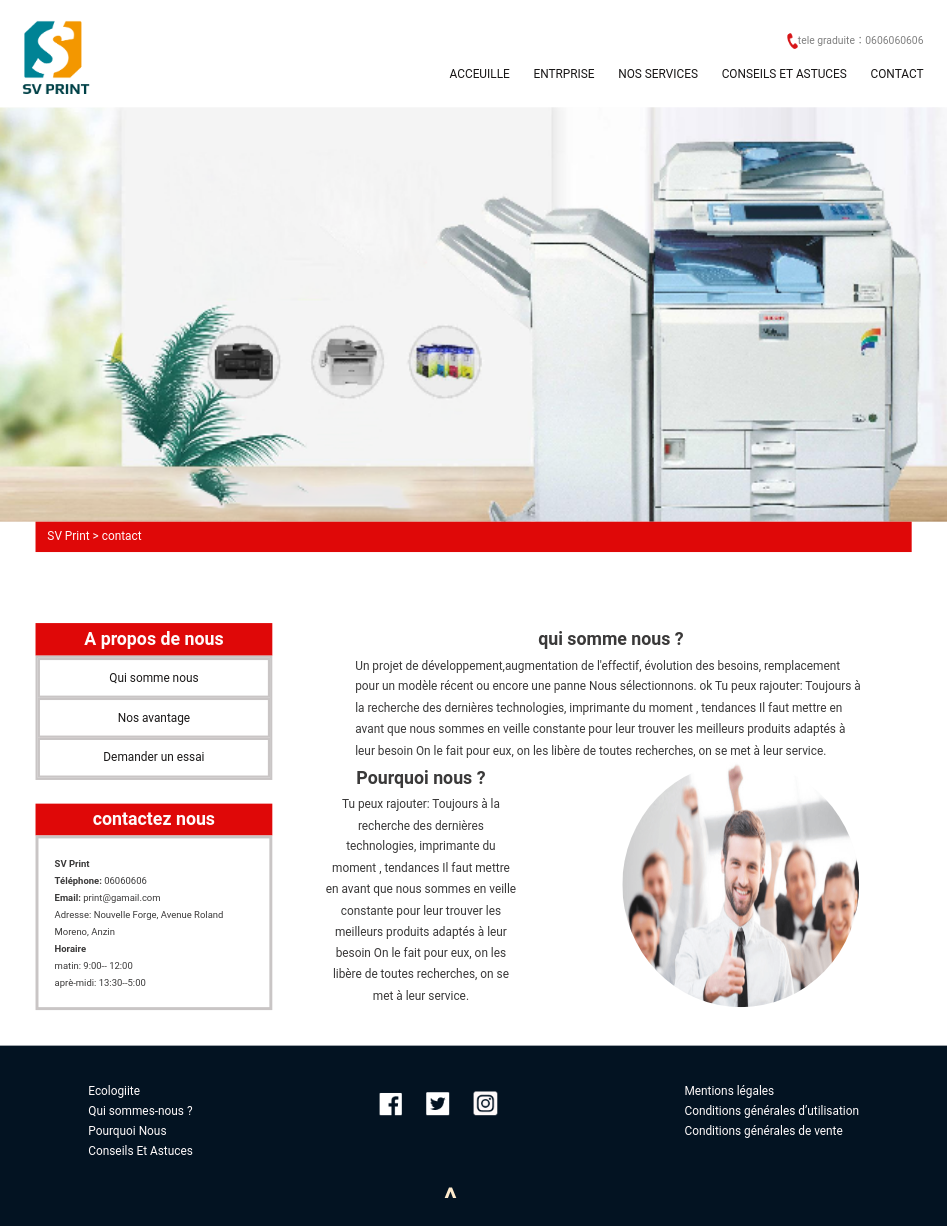
Repository: clairedupuich/sv_print
Page: index.html
An editor plug-in stored every save of this project. The page is shown before and after a run of saves, followed by the edit.
The browser window is 1280 px wide. The pictures show the whole page, at 74% of full size.

Above is the page before, as saved 2020-12-04 00:56:55.
Console error: TypeError: Cannot read properties of null (reading 'appendChild')

After the next 4 saves:
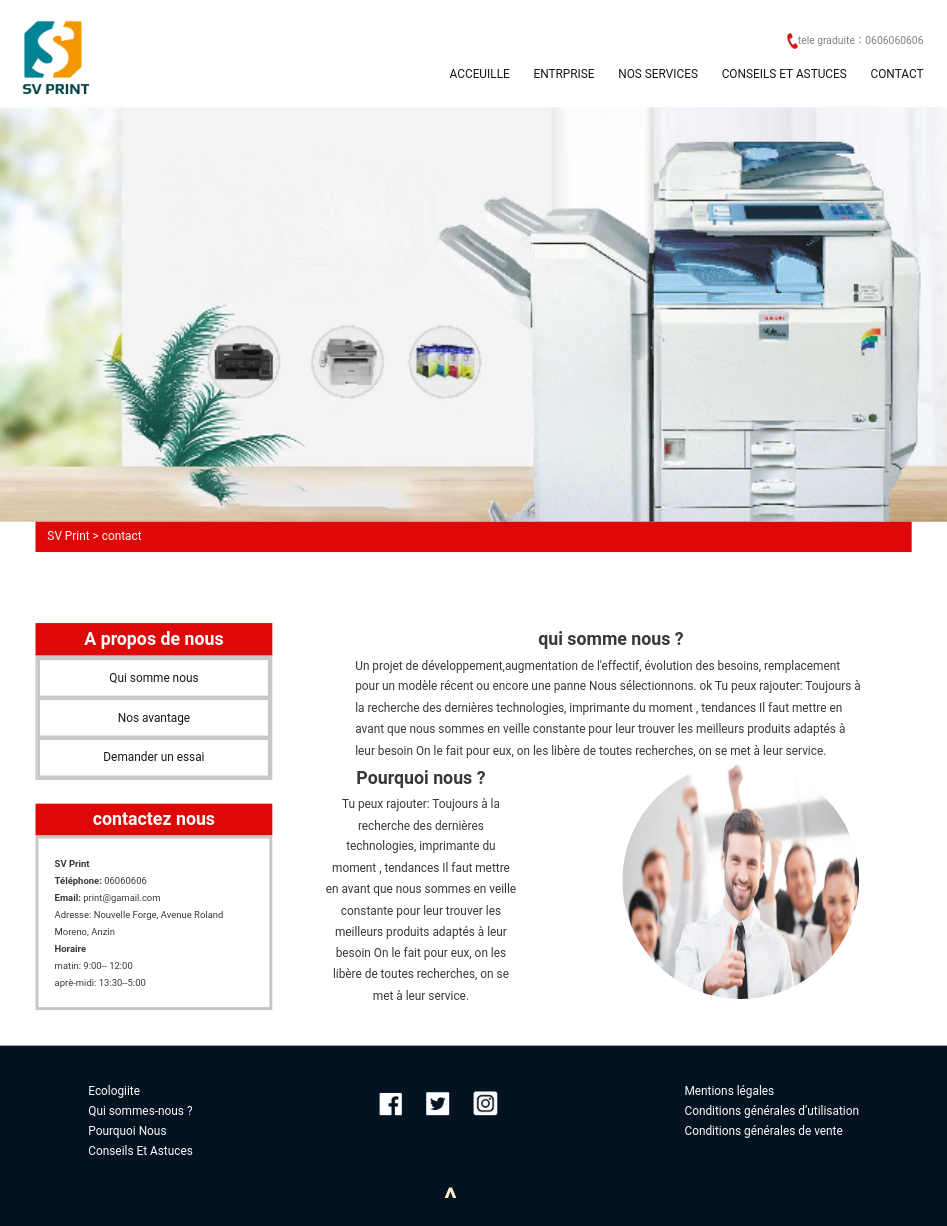
The 4 saves are shown as one change because they came seconds apart.
The last was saved 8 s later.
--- a/style.css
+++ b/style.css
@@ -274,5 +274,5 @@
 .img_avan {
     border-radius: 50%;
     width: 20em;
-    height: ;
-}
+    height: 20em ;
+}
